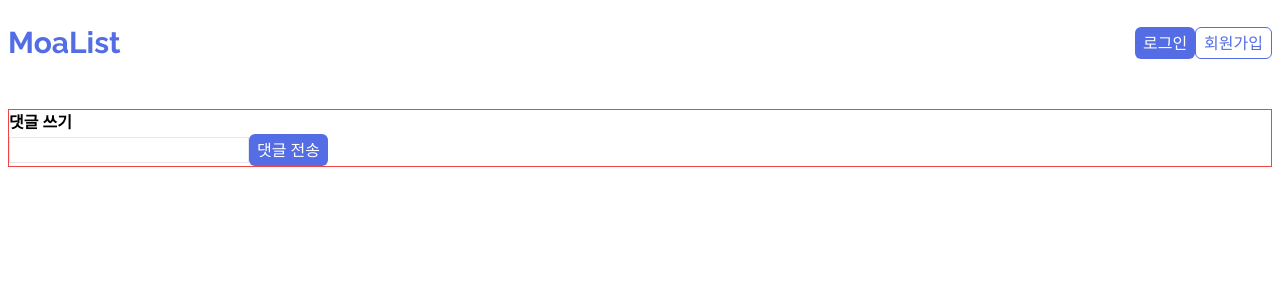
Repository: wisdomshin/moa-list
Page: /comment/new
An editor plug-in stored every save of this project. The page is shown before and after the next save, followed by the edit.
The browser window is 1280 px wide. The pictures show the whole page.
The page's requests for data from a server got no answer. The project was rebuilt for these pictures with package versions that can differ from the ones it lists, and the page was loaded fresh each time. The framework's server and built-in components were replaced by stand-ins that run in the browser. No one was signed in, and anything a server would have sent is missing. Also part of the build but not shown: next.config.mjs, components/layout/LogoutBtn.js.

Above is the page before, as saved 2024-02-21 00:23:56.

### app/layout.js
import { Open_Sans } from 'next/font/google';
import './globals.css';
import Header from '@/components/layout/Header';

const sans = Open_Sans({ subsets: ['latin'] });

export const metadata = {
  title: 'MoaList',
  description: '나만의 위시리스트를 모아리스트에 저장해보세요!',
  icons: {
    icon: '/favicon.svg',
  },
};

export default function RootLayout({ children }) {
  return (
    <html lang='ko' className={sans.className}>
      <body className='flex flex-col w-full max-w-screen-xl p-2 mx-auto'>
        <Header />
        <main className='mt-8'>{children}</main>
      </body>
    </html>
  );
}

### app/comment/new/page.js
export default function CommentWrite() {
  return (
    <section className='border border-red-500'>
      <b className='block'>댓글 쓰기</b>
      <input type='text' className='border w-60' />
      <button className='px-2 py-1 rounded-md bg-[#546de5] text-white'>
        댓글 전송
      </button>
    </section>
  );
}

### app/globals.css
@tailwind base;
@tailwind components;
@tailwind utilities;

* {
  box-sizing: border-box;
}
button {
  cursor: pointer;
  outline: none;
}

### components/layout/Header.js
import Link from 'next/link';
import { Raleway } from 'next/font/google';
import LoginBtn from './LoginBtn';
import { getServerSession } from 'next-auth';
import { authOptions } from '@/pages/api/auth/[...nextauth]';
import LogoutBtn from './LogoutBtn';
import Image from 'next/image';

const raleway = Raleway({ subsets: ['latin'] });

export default async function Header() {
  const session = await getServerSession(authOptions);

  return (
    <header className='flex items-center justify-between py-4'>
      <h1 className='text-3xl font-bold text-[#546de5]'>
        <Link href='/' className={raleway.className}>
          MoaList<i className='bi bi-list-stars'></i>
        </Link>
      </h1>
      <nav>
        {session ? (
          <div className='flex items-center gap-4'>
            <Link href='/moa' className=' text-[#546de5] text-xl'>
              moa
            </Link>
            <div className='flex items-center gap-2'>
              {session.user.image ? (
                <span className='w-[32px] h-[32px]'>{session.user.image}</span>
              ) : (
                <span className='bg-gray-200 w-[32px] h-[32px] rounded-full flex justify-center items-center'>
                  <Image
                    src='/avatar.svg'
                    width={25}
                    height={25}
                    alt={session.user.name}
                  />
                </span>
              )}
              <span className='text-lg'>{session.user.name}</span>
            </div>
            <LogoutBtn />
          </div>
        ) : (
          <>
            <LoginBtn />
            <Link
              href='/register'
              className='border border-[#546de5] text-[#546de5] px-2 py-1 rounded-md'
            >
              회원가입
            </Link>
          </>
        )}
      </nav>
    </header>
  );
}

### components/layout/LoginBtn.js
'use client';

import { signIn } from 'next-auth/react';

export default function LoginBtn() {
  return (
    <button
      onClick={() => signIn()}
      className='bg-[#546de5] text-white py-1 px-2 rounded-md'
    >
      로그인
    </button>
  );
}

### pages/api/auth/[...nextauth].js
import NextAuth from 'next-auth';
import { MongoDBAdapter } from '@next-auth/mongodb-adapter';
import GithubProvider from 'next-auth/providers/github';
import GoogleProvider from 'next-auth/providers/google';
import CredentialsProvider from 'next-auth/providers/credentials';
import bcrypt from 'bcrypt';
import { connectDB } from '@/util/database';

export const authOptions = {
  providers: [
    GithubProvider({
      clientId: process.env.GITHUB_CLIENT_ID,
      clientSecret: process.env.GITHUB_CLIENT_SECRET,
    }),
    GoogleProvider({
      clientId: process.env.GOOGLE_CLIENT_ID,
      clientSecret: process.env.GOOGLE_CLIENT_SECRET,
    }),

    CredentialsProvider({
      //1. 로그인페이지 폼 자동생성해주는 코드
      name: 'credentials',
      credentials: {
        email: { label: 'email', type: 'text' },
        password: { label: 'password', type: 'password' },
      },

      //2. 로그인요청시 실행되는코드
      //직접 DB에서 아이디,비번 비교하고
      //아이디,비번 맞으면 return 결과, 틀리면 return null 해야함
      async authorize(credentials) {
        let db = (await connectDB).db('moalist');
        let user = await db
          .collection('user_cred')
          .findOne({ email: credentials.email });
        if (!user) {
          // console.log('해당 이메일은 없음');
          return null;
        }
        const pwcheck = await bcrypt.compare(
          credentials.password,
          user.password
        );
        if (!pwcheck) {
          // console.log('비번틀림');
          return null;
        }
        return user;
      },
    }),
  ],

  //3. jwt 써놔야 잘됩니다 + jwt 만료일설정
  session: {
    strategy: 'jwt',
    maxAge: 30 * 24 * 60 * 60, //30일
  },

  callbacks: {
    //4. jwt 만들 때 실행되는 코드
    //user변수는 DB의 유저정보담겨있고 token.user에 뭐 저장하면 jwt에 들어갑니다.
    jwt: async ({ token, user }) => {
      if (user) {
        token.user = {};
        token.user.name = user.name;
        token.user.email = user.email;
      }
      return token;
    },
    //5. 유저 세션이 조회될 때 마다 실행되는 코드
    session: async ({ session, token }) => {
      session.user = token.user;
      return session;
    },
  },

  secret: process.env.NEXTAUTH_SECRET,
  adapter: MongoDBAdapter(connectDB),
};
export default NextAuth(authOptions);

### util/database.js
import { MongoClient } from 'mongodb';

const url = process.env.MONGODB_URL;
const options = { useNewUrlParser: true };
let connectDB;

if (process.env.NODE_ENV === 'development') {
  if (!global._mongo) {
    global._mongo = new MongoClient(url, options).connect();
  }
  connectDB = global._mongo;
} else {
  connectDB = new MongoClient(url, options).connect();
}
export { connectDB };

Loaded but not shown: tailwind.config.js (common file)

After the next save:
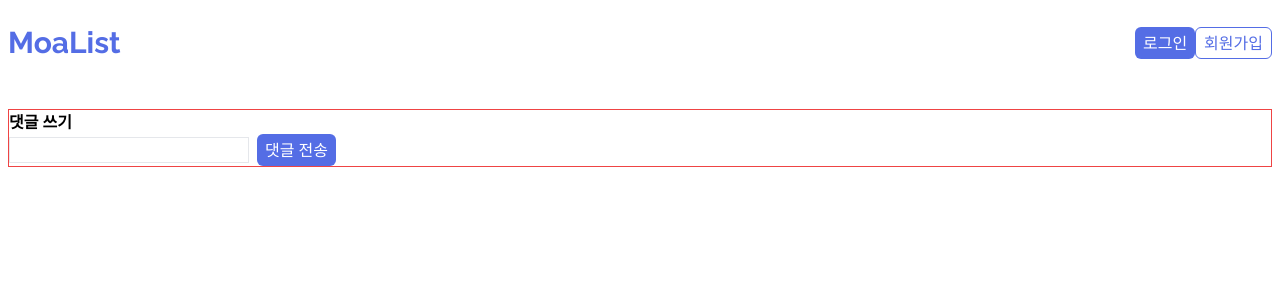
Saved 7 s later.
--- a/app/comment/new/page.js
+++ b/app/comment/new/page.js
@@ -2,7 +2,7 @@ export default function CommentWrite() {
   return (
     <section className='border border-red-500'>
       <b className='block'>댓글 쓰기</b>
-      <input type='text' className='border w-60' />
+      <input type='text' className='mr-2 border w-60' />
       <button className='px-2 py-1 rounded-md bg-[#546de5] text-white'>
         댓글 전송
       </button>
